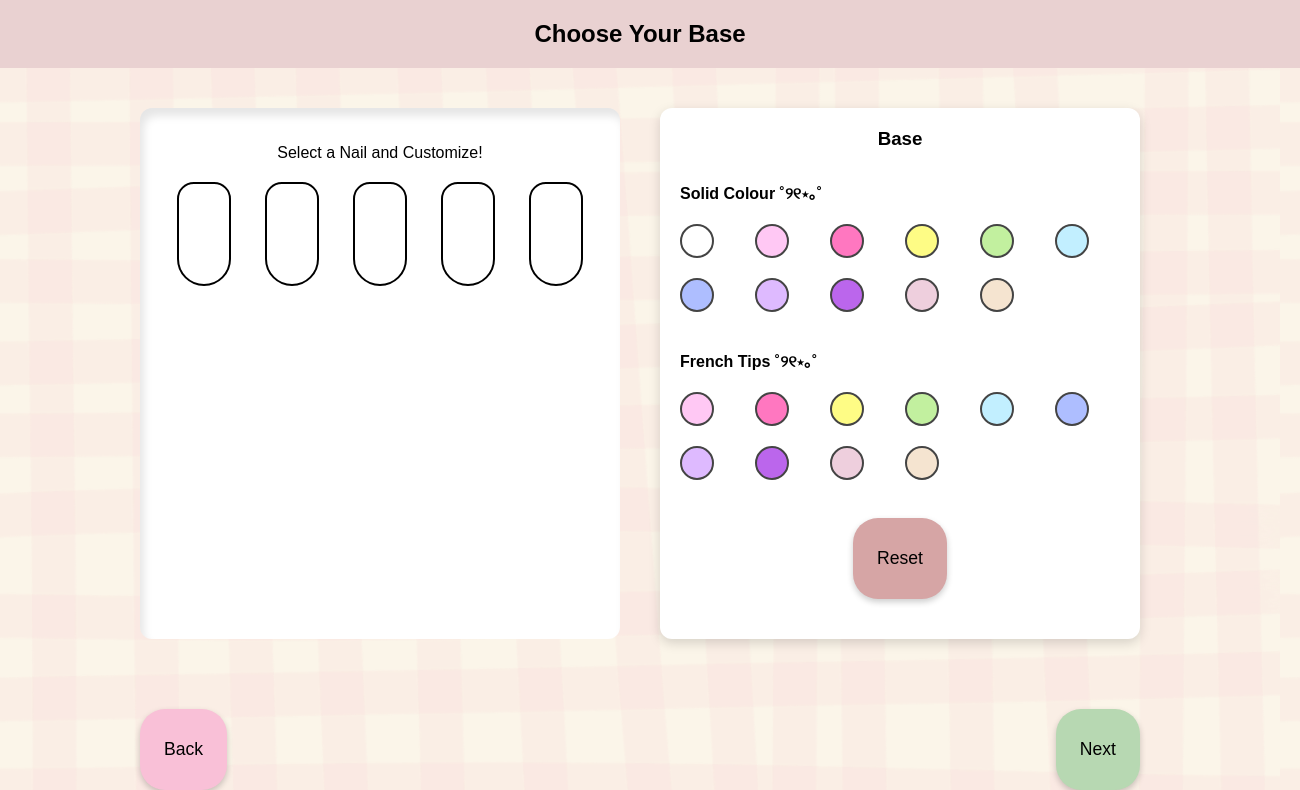
Repository: amolwalia/Fluidity-Lab
Page: base-paint.html
These files come from the project's save history. The page is drawn as it stood at one moment and after the next save; the edit follows.
The browser window is 1280 px wide. The page is 1300 px wide, so the pictures cover 1300 px, including what lies to the right of the window. The pictures show the whole page.

Above is the page before, as saved 2025-05-11 19:16:42.

### base-paint.html
<!DOCTYPE html>
<html lang="en">
  <head>
    <meta charset="UTF-8" />
    <meta name="viewport" content="width=device-width, initial-scale=1.0" />
    <title>Choose Your Base</title>
    <link rel="stylesheet" href="./styles/basepaints.css" />
  </head>
  <body>
    <header>Choose Your Base</header>
    <div class="container">
      <div class="nail-area">
        <p style="text-align: center">Select a Nail and Customize!</p>
        <div class="nails">
          <div class="nail" onclick="selectNail(this)"></div>
          <div class="nail" onclick="selectNail(this)"></div>
          <div class="nail" onclick="selectNail(this)"></div>
          <div class="nail" onclick="selectNail(this)"></div>
          <div class="nail" onclick="selectNail(this)"></div>
        </div>
      </div>
      <div class="palette">
        <h3>Base</h3>
        <strong>Solid Colour ˚୨୧⋆｡˚</strong>
        <div class="colors">
          <div
            class="color"
            style="background: white"
            onclick="setColor('white', false)"
          ></div>
          <div
            class="color"
            style="background: #ffc8f4"
            onclick="setColor('#ffc8f4', false)"
          ></div>
          <div
            class="color"
            style="background: #ff77c0"
            onclick="setColor('#ff77c0', false)"
          ></div>
          <div
            class="color"
            style="background: #fefc85"
            onclick="setColor('#fefc85', false)"
          ></div>
          <div
            class="color"
            style="background: #c2f09f"
            onclick="setColor('#c2f09f', false)"
          ></div>
          <div
            class="color"
            style="background: #c2efff"
            onclick="setColor('#c2efff', false)"
          ></div>
        </div>
        <div class="colors">
          <div
            class="color"
            style="background: #aebeff"
            onclick="setColor('#AEBEFF', false)"
          ></div>
          <div
            class="color"
            style="background: #debaff"
            onclick="setColor('#DEBAFF', false)"
          ></div>
          <div
            class="color"
            style="background: #bb66ec"
            onclick="setColor('#BB66EC', false)"
          ></div>
          <div
            class="color"
            style="background: #eecfdd"
            onclick="setColor('#EECFDD', false)"
          ></div>
          <div
            class="color"
            style="background: #f5e4d0"
            onclick="setColor('#F5E4D0', false)"
          ></div>
        </div>
        <br />
        <br />
        <strong class="french">French Tips ˚୨୧⋆｡˚</strong>
        <div class="colors">
          <div
            class="color"
            style="background: #ffc8f4"
            onclick="setColor('#ffc8f4', true)"
          ></div>
          <div
            class="color"
            style="background: #ff77c0"
            onclick="setColor('#ff77c0', true)"
          ></div>
          <div
            class="color"
            style="background: #fefc85"
            onclick="setColor('#fefc85', true)"
          ></div>
          <div
            class="color"
            style="background: #c2f09f"
            onclick="setColor('#c2f09f', true)"
          ></div>
          <div
            class="color"
            style="background: #c2efff"
            onclick="setColor('#c2efff', true)"
          ></div>
          <div
            class="color"
            style="background: #aebeff"
            onclick="setColor('#AEBEFF', true)"
          ></div>
        </div>
        <div class="colors">
          <div
            class="color"
            style="background: #debaff"
            onclick="setColor('#DEBAFF', true)"
          ></div>
          <div
            class="color"
            style="background: #bb66ec"
            onclick="setColor('#BB66EC', true)"
          ></div>
          <div
            class="color"
            style="background: #eecfdd"
            onclick="setColor('#EECFDD', true)"
          ></div>
          <div
            class="color"
            style="background: #f5e4d0"
            onclick="setColor('#F5E4D0', true)"
          ></div>
        </div>
        <br />
        <button class="btn btn-brown" onclick="resetColors()">Reset</button>
      </div>
    </div>
    <div class="btn-row">
      <button class="btn btn-pink" onclick="location.href='index.html'">
        Back
      </button>
      <button class="btn btn-green" onclick="saveNailColorsAndGoNext()">
        Next
      </button>
    </div>
    <script src="./scripts/basepaints.js"></script>
  </body>
</html>

### styles/basepaints.css
body {
  margin: 0;
  font-family: "Quicksand", sans-serif;
  background: url("../media/pink_plaid.png");
  background-size: cover;
  background-blend-mode: multiply;
  background-color: #fbf5e9;
  display: flex;
  flex-direction: column;
  align-items: center;
}
header {
  width: 100%;
  padding: 20px;
  background-color: #e9d1d1;
  text-align: center;
  font-weight: bold;
  font-size: 1.5rem;
}
.container {
  display: flex;
  justify-content: space-between;
  padding: 40px;
  width: 100%;
  max-width: 1000px;
}
.nail-area,
.palette {
  background: #fff;
  border-radius: 12px;
  padding: 20px;
  box-shadow: 0 4px 12px rgba(0, 0, 0, 0.15);

}
.nail-area {
  flex: 1;
  margin-right: 40px;
  box-shadow: inset 4px 8px 8px  rgba(0, 0, 0, 0.1);
}
.palette {
  flex: 1;
}
.nails {
  display: flex;
  justify-content: space-around;
  margin-top: 20px;
}
.nail {
  width: 50px;
  height: 100px;
  border: 2px solid #000;
  border-radius: 25px 25px 40px 40px;
  background: #fff;
  position: relative;
  overflow: hidden;
}

h3 {
  text-align: center;
  margin-top: 0;
  margin-bottom: 30px;

}
strong.custom {
  display: inline-block;
  margin-bottom: 30px;
}

.btn-brown {
    display: block;
    margin: 20px auto;
}


.french {
  margin-bottom: 10px
}

.french-tip-overlay {
  position: absolute;
  top: 0;
  left: 0;
  width: 100%;
  height: 100%;
  pointer-events: none;
  z-index: 50;
  background: none;
}
.french-tip-overlay::before {
  content: "";
  position: absolute;
  top: 0;
  left: 0;
  width: 100%;
  height: 100%;
  background: url("data:[embedded picture, 672 characters]")
    top center / 100% auto no-repeat;
  opacity: 1;
  z-index: 50;
}
.colors {
  display: grid;
  grid-template-columns: repeat(6, 1fr);
  gap: 10px;
  margin-top: 20px;
}
.color {
  width: 30px;
  height: 30px;
  border-radius: 50%;
  cursor: pointer;
  border: 2px solid #444;
}
.btn-row {
  display: flex;
  justify-content: space-between;
  width: 100%;
  max-width: 1000px;
  margin-top: 30px;
}
.btn {
  padding: 30px 24px;
  font-size: 1.1rem;
  background-color: #b7d8b2;
  border: none;
  border-radius: 25px;
  cursor: pointer;
  box-shadow: 0 3px 6px rgba(0, 0, 0, 0.2);
  transition: transform 0.3s ease, box-shadow 0.3s ease;
}
.btn:hover {
  transform: scale(1.05);
  box-shadow: 0 6px 12px rgba(183, 216, 178, 0.6);
}
.btn-pink {
  background-color: #f9c0d7;
}
.btn-green {
  background-color: #b7d8b2;
}
.btn-brown {
  background-color: #d6a5a5;
}

### scripts/basepaints.js
let selectedNail = null;

function selectNail(el) {
  document
    .querySelectorAll(".nail")
    .forEach((nail) => (nail.style.borderColor = "#000"));
  selectedNail = el;
  el.style.borderColor = "deeppink";
}

function setColor(color, isFrenchTip = false) {
  if (selectedNail) {
    selectedNail.style.background = color;
    const existingTip = selectedNail.querySelector(".french-tip-overlay");
    if (existingTip) existingTip.remove();
    if (isFrenchTip) {
      const tip = document.createElement("div");
      tip.className = "french-tip-overlay";
      selectedNail.appendChild(tip);
    }
  }
}

function resetColors() {
  document.querySelectorAll(".nail").forEach((nail) => {
    nail.style.background = "white";
    const tip = nail.querySelector(".french-tip-overlay");
    if (tip) tip.remove();
  });
}

function saveNailColorsAndGoNext() {
  const nails = document.querySelectorAll(".nail");
  const designData = Array.from(nails).map((nail) => {
    return {
      background: nail.style.background,
      hasTip: !!nail.querySelector(".french-tip-overlay"),
    };
  });
  localStorage.setItem("nailDesignData", JSON.stringify(designData));
  location.href = "decorate.html";
}

After the next save:
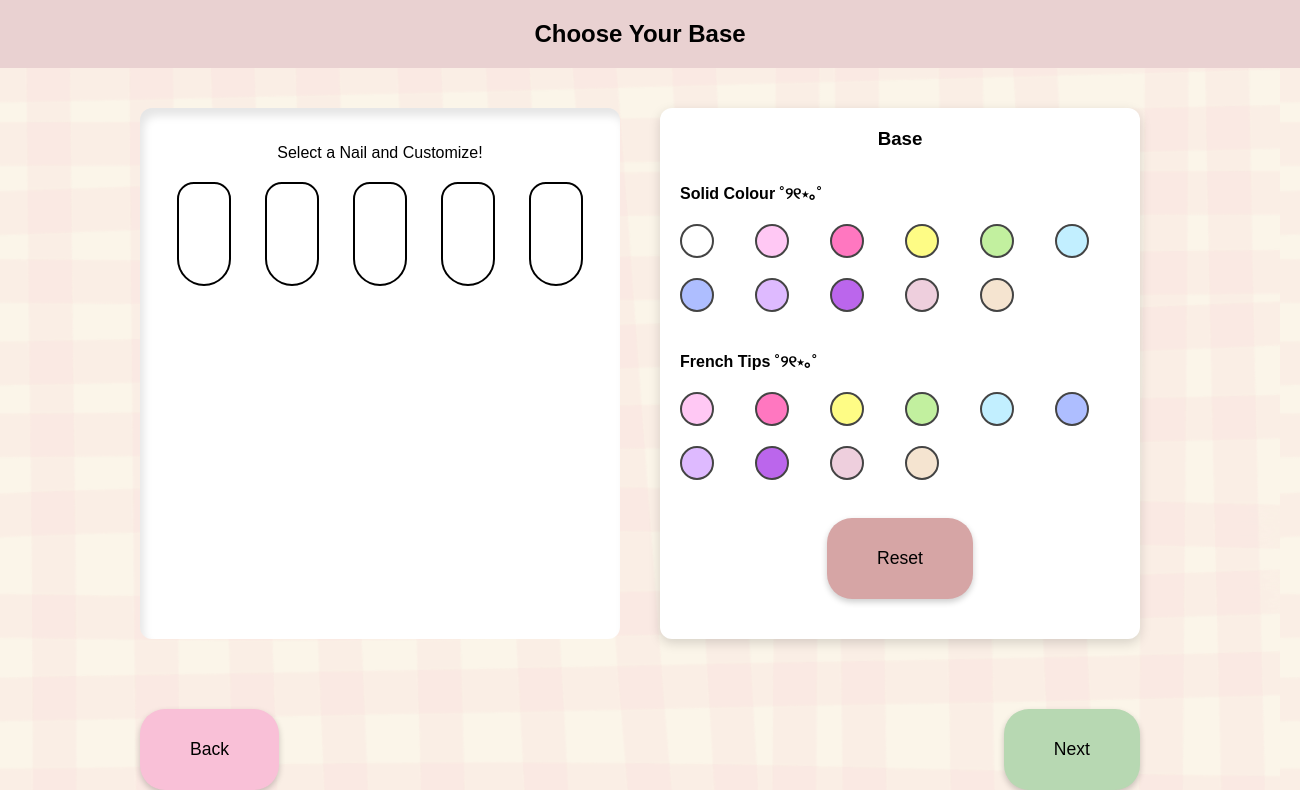
Saved 8 s later.
--- a/styles/basepaints.css
+++ b/styles/basepaints.css
@@ -119,7 +119,7 @@ strong.custom {
   margin-top: 30px;
 }
 .btn {
-  padding: 30px 24px;
+  padding: 30px 50px;
   font-size: 1.1rem;
   background-color: #b7d8b2;
   border: none;
